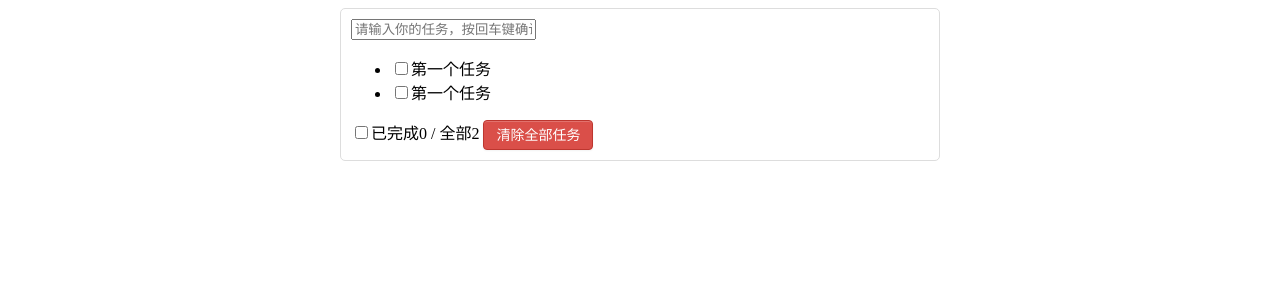
Repository: Lixianlai-2/The-journey-of-learning-Vue
Page: / (app in afterVueCli/Vue_Test/)
These files come from the project's save history. The page is drawn as it stood at one moment and after the next save; the edit follows.
The browser window is 1280 px wide. The pictures show the whole page.
The project was rebuilt for these pictures with package versions that can differ from the ones it lists, and the page was loaded fresh each time.

Above is the page before, as saved 2022-04-14 19:49:06.

After the next save:
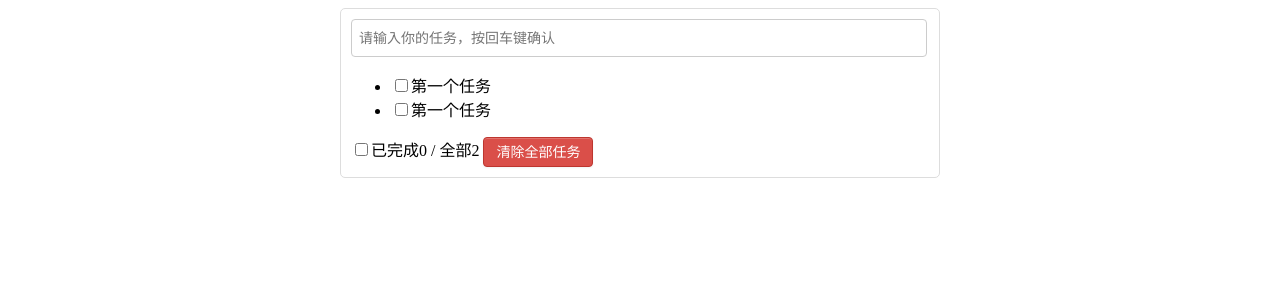
Saved 15 s later.
--- a/afterVueCli/Vue_Test/src/components/myHeader.vue
+++ b/afterVueCli/Vue_Test/src/components/myHeader.vue
@@ -12,4 +12,21 @@ export default {
 };
 </script>
 
-<style scoped></style>
+<style scoped>
+/*header*/
+.todo-header input {
+  width: 560px;
+  height: 28px;
+  font-size: 14px;
+  border: 1px solid #ccc;
+  border-radius: 4px;
+  padding: 4px 7px;
+}
+
+.todo-header input:focus {
+  outline: none;
+  border-color: rgba(82, 168, 236, 0.8);
+  box-shadow: inset 0 1px 1px rgba(0, 0, 0, 0.075),
+    0 0 8px rgba(82, 168, 236, 0.6);
+}
+</style>
